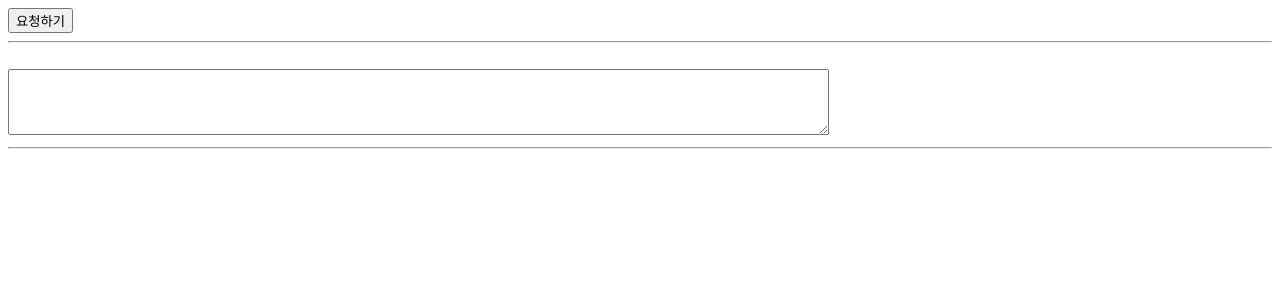
Repository: KYJIN1024/kic_jquery
Page: http://localhost/AjaxEx01/ajax05.jsp
An editor plug-in stored every save of this project. The page is shown before and after the next save, followed by the edit.
The browser window is 1280 px wide. The pictures show the whole page.
The page is served by Tomcat 9.

Above is the page before, as saved 2023-05-12 06:27:46.
Console error: TypeError: Cannot set properties of null (setting 'onclick')

### AjaxEx01/src/main/webapp/ajax05.jsp
<%@ page language="java" contentType="text/html; charset=UTF-8"
    pageEncoding="UTF-8"%>
<!DOCTYPE html>
<html>
<head>
<meta charset="UTF-8">
<title>Insert title here</title>
<script>
	window.onload = function() {
		let request;

		document.getElementById( 'btn1' ).onclick = function() {
			//alert( '버튼 클릭' );

			request = new XMLHttpRequest();
			request.open( 'get', 'csv1.jsp', true );
			request.send();
			request.onload = function() {
	            if (request.status == 200) {
	                console.log(request.responseText);
	            }
	        }
	    };

		document.getElementById( 'btn2' ).onclick = function() {
			//alert( '버튼 클릭' );
			request = new XMLHttpRequest();
			console.log( "1" );
			request.onreadystatechange = function() {
				console.log( request.readyState );
				if( request.readyState == 4 ) {
					if( request.status == 200 ){
						document.getElementById( 'ta' ).value = request.responseText;
						} else {
						alert( "페이지 오류 " );
					}
				}
			};
			request.open( 'get', 'http://kobis.or.kr/kobisopenapi/webservice/rest/boxoffice/searchWeeklyBoxOfficeList.xml?key=f5eef3421c602c6cb7ea224104795888&targetDt=20120101', true );
			request.send();

			console.log("3")
			//console.log( request.responseText );


		};
	};
</script>
</head>
<body>

<button id="btn1" >요청하기</button>
<br /><hr /><br />
<textarea id="ta" rows="4" cols="100" ></textarea>
<br /><hr /><br />
<div id="result">
</div>
</body>
</html>

After the next save:
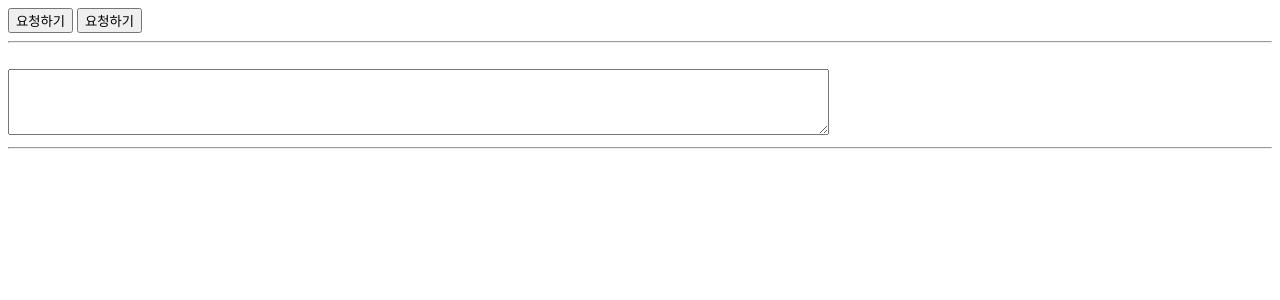
The error is gone.
Saved 17 s later.
--- a/AjaxEx01/src/main/webapp/ajax05.jsp
+++ b/AjaxEx01/src/main/webapp/ajax05.jsp
@@ -50,6 +50,7 @@
 <body>
 
 <button id="btn1" >요청하기</button>
+<button id="btn2" >요청하기</button>
 <br /><hr /><br />
 <textarea id="ta" rows="4" cols="100" ></textarea>
 <br /><hr /><br />
